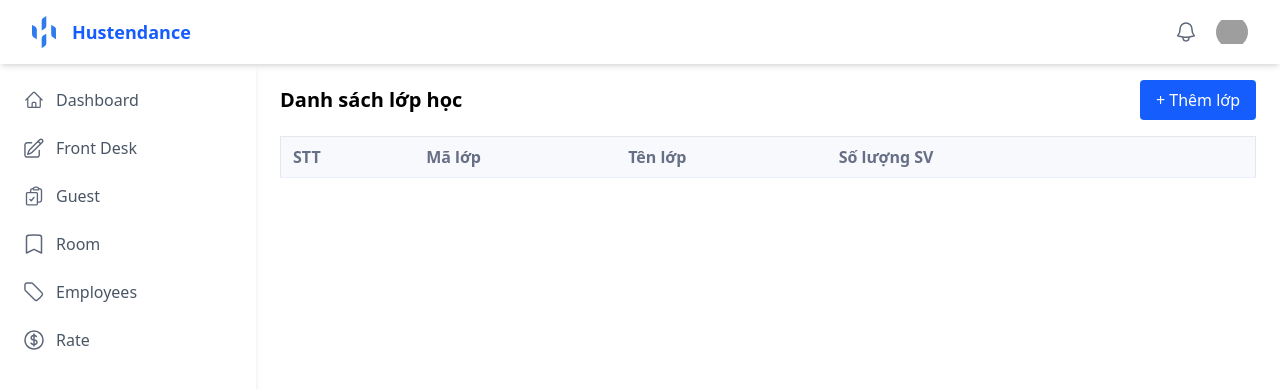
Repository: nguynd/GR1Attendance
Page: / (app in fe/)
The author's editor kept a copy of each file at every save. The page is drawn from the files as they stood at one save, then again after the next save.
The browser window is 1280 px wide. The pictures show the whole page.
Pictures or frames that could not be fetched are drawn as grey boxes. The page's requests for data from a server got no answer. The project was rebuilt for these pictures with package versions that can differ from the ones it lists, and the page was loaded fresh each time. Some packages were replaced by stand-ins written for this rebuild. No one was signed in, and anything a server would have sent is missing. Also part of the build but not shown: fe/vite.config.js, fe/src/components/EditClass.jsx, fe/src/services/studentAPI.jsx, fe/src/services/attendanceAPI.jsx, fe/src/components/StudentsInClass.jsx.

Above is the page before, as saved 2025-05-25 23:54:31.

### fe/index.html
<!doctype html>
<html lang="en">
  <head>
    <meta charset="UTF-8" />
    <link rel="icon" type="image/svg+xml" href="/vite.svg" />
    <meta name="viewport" content="width=device-width, initial-scale=1.0" />
    <title>Hustendance</title>
    <link href="./src/App.css" rel="stylesheet" />
  </head>
  <body>
    <div id="root"></div>
    <script type="module" src="/src/main.jsx"></script>
  </body>
</html>

### fe/src/main.jsx
import { StrictMode } from 'react';
import { createRoot } from 'react-dom/client';
import { BrowserRouter } from 'react-router-dom';
import App from './App.jsx';

createRoot(document.getElementById('root')).render(
  <StrictMode>
    <BrowserRouter>
      <App />
    </BrowserRouter>
  </StrictMode>,
);

### fe/src/App.jsx
import { useState } from 'react';
import { Routes, Route } from 'react-router-dom';
import Header from './components/Header.jsx';
import Sidebar from './components/Sidebar.jsx';
import ClassList from './components/ClassList.jsx';
import StudentsInClass from './components/StudentsInClass.jsx'; // thêm dòng này
import './App.css';

function App() {
  return (
    <div>
      <Header />
      <Sidebar />
      <Routes>
        <Route path="/" element={<ClassList />} />
        <Route path="/class/:id/students" element={<StudentsInClass />} />
      </Routes>
    </div>
  );
}

export default App;

### fe/src/components/Header.jsx
import Logo from '../assets/Logo.svg'
import Notification from '../assets/Vector.svg'
import Avatar from '../assets/Avatar.svg'
import Search from '../assets/Search.svg'
import { useState } from 'react'

function Header() {
  const [searchQuery, setSearchQuery] = useState('')

  const handleSearch = (e) => {
    e.preventDefault()
    // TODO: Implement search functionality
    console.log('Searching for:', searchQuery)
  }

  const handleNotificationClick = () => {
    // TODO: Implement notification functionality
    console.log('Notification clicked')
  }

  const handleProfileClick = () => {
    // TODO: Implement profile functionality
    console.log('Profile clicked')
  }

  return (
    <header className="fixed flex items-center justify-between h-16 px-8 bg-white top-0 left-0 right-0 z-50 shadow-md">
      {/* Left Section: Logo and Text */}
      <div className="flex items-center gap-x-2">
        <img className="h-8 cursor-pointer" src={Logo} alt="HustHotel Logo" />
        <div className="text-blue-600 font-bold text-lg ml-2 cursor-pointer">Hustendance</div>
      </div>


      {/* Right Section: Notification and Avatar */}
      <div className="flex items-center gap-x-4">
        <button
          onClick={handleNotificationClick}
          className="h-6 w-6 cursor-pointer focus:outline-none focus:ring-2 focus:ring-blue-500 rounded-full"
          aria-label="View notifications"
        >
          <img src={Notification} alt="Notification icon" />
        </button>
        <button
          onClick={handleProfileClick}
          className="h-8 w-8 rounded-full overflow-hidden cursor-pointer focus:outline-none focus:ring-2 focus:ring-blue-500"
          aria-label="View profile"
        >
          <img src={Avatar} alt="User avatar" />
        </button>
      </div>
    </header>
  );
}

export default Header;

### fe/src/components/Sidebar.jsx
import Dashboard from '../assets/Dashboard.svg'
import Front_desk from '../assets/Front_desk.svg'
import Guest from '../assets/Guest.svg'
import Room from '../assets/Room.svg'
import Employee from '../assets/Deal.svg'
import Rate from '../assets/Rate.svg'

const NavItem = ({ icon, label, isActive = false }) => (
  <li>
    <a
      href={`#${label.toLowerCase()}`}
      className={`flex items-center gap-x-3 p-2 text-gray-600 hover:bg-gray-100 rounded-md cursor-pointer ${
        isActive ? 'text-blue-600' : ''
      }`}
      aria-label={`Navigate to ${label}`}
    >
      <img src={icon} alt={`${label} icon`} className="h-5 w-5" />
      <span>{label}</span>
    </a>
  </li>
);

function Sidebar() {
  const navItems = [
    { icon: Dashboard, label: 'Dashboard' },
    { icon: Front_desk, label: 'Front Desk' },
    { icon: Guest, label: 'Guest' },
    { icon: Room, label: 'Room', isActive: true },
    { icon: Employee, label: 'Employees' },
    { icon: Rate, label: 'Rate' },
  ];

  return (
    <nav
      className="fixed left-0 top-16 bottom-0 bg-white w-64 z-20 pt-4 shadow-md"
      aria-label="Main navigation"
    >
      <ul className="space-y-2 px-4">
        {navItems.map((item) => (
          <NavItem
            key={item.label}
            icon={item.icon}
            label={item.label}
            isActive={item.isActive}
          />
        ))}
      </ul>
    </nav>
  );
}

export default Sidebar;

### fe/src/components/ClassList.jsx
import React, { useEffect, useState } from "react";
import { getClasses, addClass, updateClass, deleteClass } from "../services/classAPI";
import EditClass from "./EditClass";
import pencil from '../assets/pencil.svg';
import person from '../assets/person.svg'
import { useNavigate } from "react-router-dom";

export default function ClassList() {
  const [classes, setClasses] = useState([]);
  const [showModal, setShowModal] = useState(false);
  const [editingClass, setEditingClass] = useState(null);
  const navigate = useNavigate();

  const fetchData = async () => {
    const data = await getClasses();
    setClasses(data);
  };

  useEffect(() => {
    fetchData();
  }, []);

  const handleSave = async (data) => {
    try {
      if (editingClass) {
        await updateClass(editingClass.id, data);
      } else {
        await addClass(data);
      }
      fetchData();
    } catch (err) {
      alert("Thao tác thất bại: " + (err.response?.data?.error || err.message));
      console.error(err);
    }
  };

  const handleEllipsisClick = (cls) => {
    setEditingClass(cls);
    setShowModal(true);
  };

  const handleViewStudents = (cls) => {
    navigate(`/class/${cls.id}/students`);
  };

  return (
    <div className="pt-20 p-6 ml-64 max-w-[calc(100vw-256px)]">
      <div className="flex justify-between items-center mb-4">
        <h2 className="text-xl font-bold">Danh sách lớp học</h2>
        <button
          className="px-4 py-2 bg-blue-600 text-white rounded hover:bg-blue-700 cursor-pointer transition"
          onClick={() => {
            setEditingClass(null);
            setShowModal(true);
          }}
        >
          + Thêm lớp
        </button>
      </div>

      <div className="overflow-x-auto">
        <table className="w-full bg-white border border-gray-200 rounded shadow-sm">
          <thead className="bg-gray-100">
            <tr>
              <th className="bg-[#f8f9fd] text-[#676f86] border-b border-[#e9f1fe] px-3 py-2 text-left">STT</th>
              <th className="bg-[#f8f9fd] text-[#676f86] border-b border-[#e9f1fe] px-3 py-2 text-left">Mã lớp</th>
              <th className="bg-[#f8f9fd] text-[#676f86] border-b border-[#e9f1fe] px-3 py-2 text-left">Tên lớp</th>
              <th className="bg-[#f8f9fd] text-[#676f86] border-b border-[#e9f1fe] px-3 py-2 text-left">Số lượng SV</th>
              <th className="bg-[#f8f9fd] text-[#676f86] border-b border-[#e9f1fe] px-3 py-2 text-left"></th>
              <th th className="bg-[#f8f9fd] text-[#676f86] border-b border-[#e9f1fe] px-3 py-2 text-left"></th>
            </tr>
          </thead>
          <tbody>
            {classes.map((cls, index) => (
              <tr key={cls.id} className="hover:bg-gray-50">
                <td className="text-[#676f86] border-b border-[#e9f1fe] px-3 py-2 text-left">{index + 1}</td>
                <td className="text-[#676f86] border-b border-[#e9f1fe] px-3 py-2 text-left">{cls.class_code}</td>
                <td className="text-[#676f86] border-b border-[#e9f1fe] px-3 py-2 text-left">{cls.class_name}</td>
                <td className="text-[#676f86] border-b border-[#e9f1fe] px-3 py-2 text-left">{cls.student_count}</td>
                <td className="text-[#676f86] border-b border-[#e9f1fe] px-3 py-2 text-left ">
                  <button onClick={() => handleEllipsisClick(cls)}>
                    <img src={pencil} alt="Menu" className="w-5 h-5 cursor-pointer transition" />
                     </button>
                    </td>
                    <td className="text-[#676f86] border-b border-[#e9f1fe] px-3 py-2 text-left">
                  <button onClick={() => handleViewStudents(cls)} className="text-blue-600 hover:underline">
                     <img src={person} alt="Menu" className="w-5 h-5 cursor-pointer transition" />
                  </button>
                </td>
              </tr>
            ))}
          </tbody>
        </table>
      </div>

      {showModal && (
        <EditClass
          defaultData={editingClass}
          onClose={() => {
            setShowModal(false);
            setEditingClass(null);
          }}
          onSave={handleSave}
          onDeleted={fetchData}
        />
      )}
    </div>
  );
}

### fe/src/services/classAPI.jsx
import axios from "axios";

const API_BASE = "http://localhost:5000/api";

export const getClasses = async () => {
  const res = await axios.get(`${API_BASE}/classes`);
  return res.data;
};

export const addClass = async (data) => {
  const res = await axios.post(`${API_BASE}/classes`, data);
  return res.data;
};

export const updateClass = async (id, data) => {
  const res = await axios.put(`${API_BASE}/classes/${id}`, data);
  return res.data;
};

export const deleteClass = async (id) => {
  const res = await axios.delete(`${API_BASE}/classes/${id}`);
  return res.data;
};

Loaded but not shown: fe/src/App.css (common file)

After the next save:
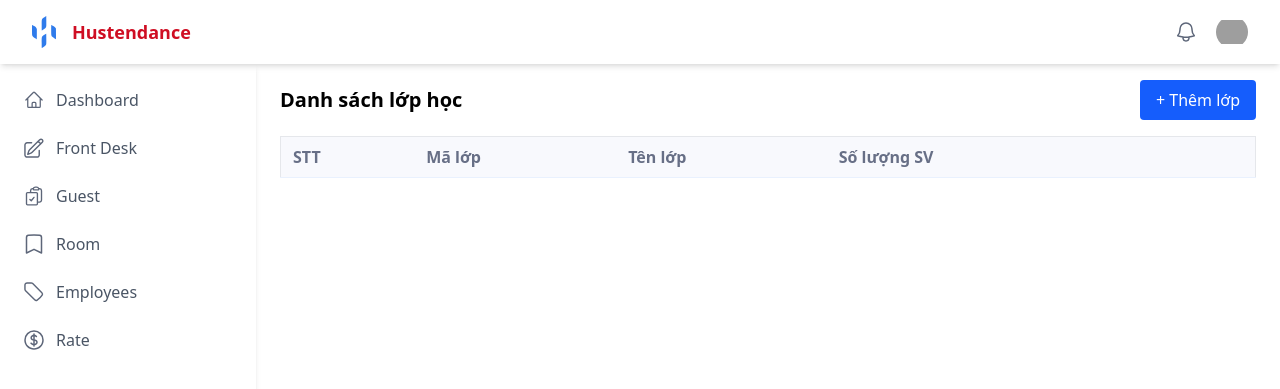
Saved 15 min 4 s later.
--- a/fe/src/components/Header.jsx
+++ b/fe/src/components/Header.jsx
@@ -28,7 +28,7 @@ function Header() {
       {/* Left Section: Logo and Text */}
       <div className="flex items-center gap-x-2">
         <img className="h-8 cursor-pointer" src={Logo} alt="HustHotel Logo" />
-        <div className="text-blue-600 font-bold text-lg ml-2 cursor-pointer">Hustendance</div>
+        <div className="text-[#cf0e23] font-bold text-lg ml-2 cursor-pointer">Hustendance</div>
       </div>
 
 
